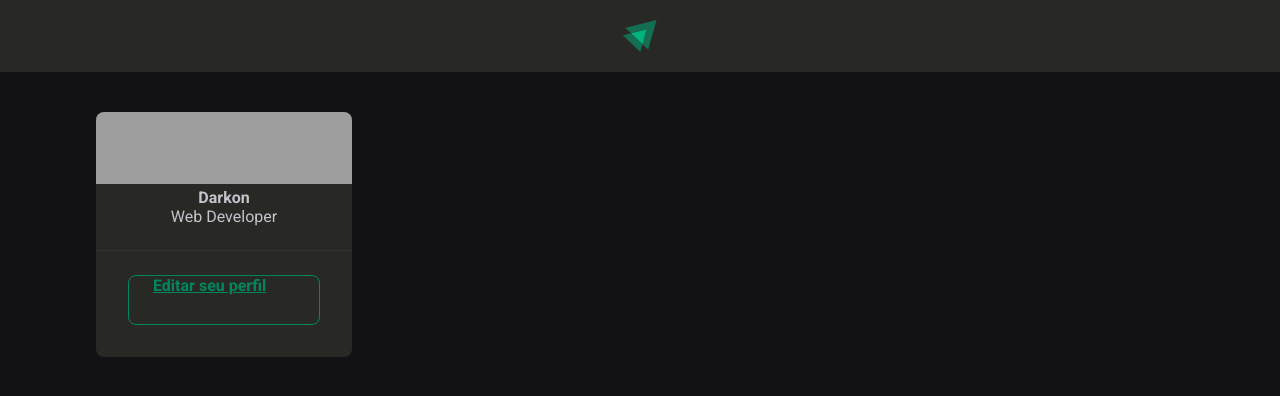
Repository: viviij/PseudoRedeSocial
Page: /
The author's editor kept a copy of each file at every save. The page is drawn from the files as they stood at one save, then again after the next save.
The browser window is 1280 px wide. The pictures show the whole page.
Pictures or frames that could not be fetched are drawn as grey boxes. The project was rebuilt for these pictures with package versions that can differ from the ones it lists, and the page was loaded fresh each time. Also part of the build but not shown: vite.config.js.

Above is the page before, as saved 2022-07-29 11:53:51.

### index.html
<!DOCTYPE html>
<html lang="en">
  <head>
    <meta charset="UTF-8" />
    <link rel="preconnect" href="https://fonts.googleapis.com">
    <link rel="preconnect" href="https://fonts.gstatic.com" crossorigin>
    <link rel="icon" type="image/svg+xml" href="/vite.svg" />
    <meta name="viewport" content="width=device-width, initial-scale=1.0" />
    <link href="https://fonts.googleapis.com/css2?family=Roboto:wght@400;700&display=swap" rel="stylesheet">
    <title>RedeSocial</title>
  </head>
  <body>
    <div id="root"></div>
    <script type="module" src="/src/main.jsx"></script>
  </body>
</html>

### src/App.jsx
import { Header } from "./components/header";
import { Sidebar } from "./components/Sidebar"

import styles from "./App.module.css"
import "./global.css"
export function App() {
  return (
    <div>
      <Header />

      <div className={styles.wrapper}>
        <Sidebar />
        <main>

        </main>
      </div>
    </div>
  )
}

### src/components/header.jsx
import styles from "./Header.module.css"

import IgniteLogo from '../assets/IgniteLogo.svg'

export function Header() {
  return (
    <header className={styles.header}>
      <img src={IgniteLogo} alt="Logo da ignite" />
    </header>
  )
}

### src/components/Sidebar.jsx
import styles from "./Sidebar.module.css"

export function Sidebar() {
  return (
    <aside className={styles.sidebar}>
      <img
        className={styles.cover}
        src="https://images.unsplash.com/photo-1659095579647-7c1bbc73b36f?ixlib=rb-1.2.1&ixid=MnwxMjA3fDB8MHxlZGl0b3JpYWwtZmVlZHw1fHx8ZW58MHx8fHw%3D&auto=format&fit=crop&w=500&q=10" alt="plano de fundo"
      />

      <div className={styles.profile}>
        <strong>Darkon</strong>
        <span>Web Developer</span>
      </div>

      <footer>
        <a href="#">Editar seu perfil</a>
      </footer>
    </aside>
  )
}

### src/App.module.css
.wrapper {
  max-width: 70rem;
  margin: 2rem auto;
  padding: 0.5rem 1rem;

  display: grid;
  grid-template-columns: 256px 1fr;
  gap: 2rem;
  align-items: flex-start;

}

### src/global.css
:root {
  --white: #ffffff;

  --gray-100: #e1e1e6;
  --gray-300: #c4c4cc;
  --gray-400: #8d8d99;
  --gray-600: #323238;
  --gray-700: #29292e;
  --gray-800: #282824;
  --gray-900: #121214;

  --green-500: #00875f;
}

* {
  margin: 0;
  padding: 0;
  box-sizing: border-box;
}

body {
  background: var(--gray-900);
  color: var(--gray-300);
  -webkit-font-smoothing: antialiased;
}

body,
input,
textarea,
button {
  font-family: 'Roboto', sans-serif;
  font-weight: 400;
  font-size: 1rem;
}

### src/components/Sidebar.module.css
.sidebar {
  background: var(--gray-800);
  border-radius: 8px;
  overflow: hidden;
}

.cover {
  width: 100%;
  height: 72px;
  object-fit: cover;
}

.profile {
  display: flex;
  flex-direction: column;
  align-items: center;
}

.sidebar footer {
  border-top: 1px solid var(--gray-600);
  margin-top: 1.5rem;
  padding: 1.5rem 2rem 2rem;
}

.sidebar footer a {
  width: 100%;
  background: transparent;
  color: var(--green-500);
  border: 1px solid var(--green-500);
  border-radius: 8px;
  height: 50px;
  padding: 0 1.5rem;
  font-weight: bold;
  display: block;
}

Loaded but not shown: src/main.jsx (common file); src/components/Header.module.css (common file)

After the next save:
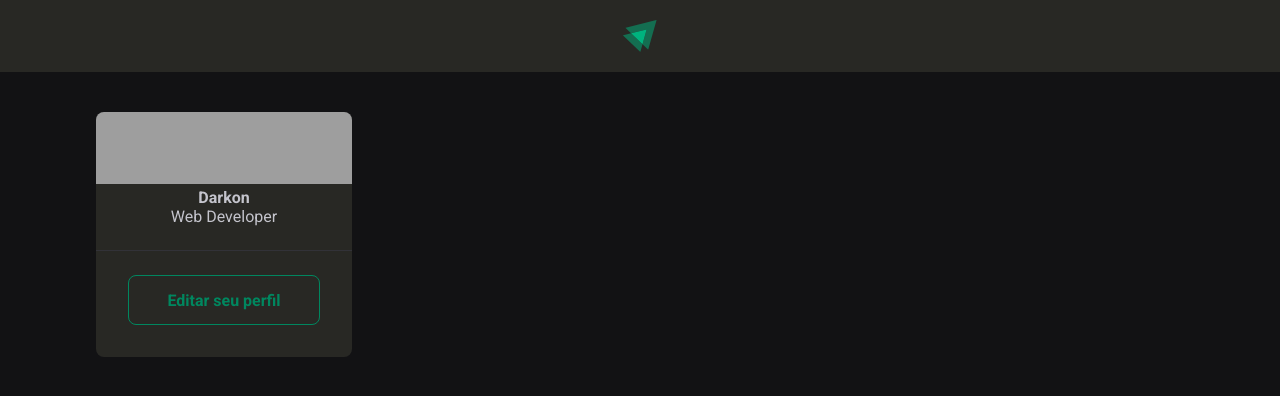
Saved 40 s later.
--- a/src/components/Sidebar.module.css
+++ b/src/components/Sidebar.module.css
@@ -32,4 +32,10 @@
   padding: 0 1.5rem;
   font-weight: bold;
   display: block;
+  text-decoration: none;
+
+  display: flex;
+  align-items: center;
+  justify-content: center;
+
 }
